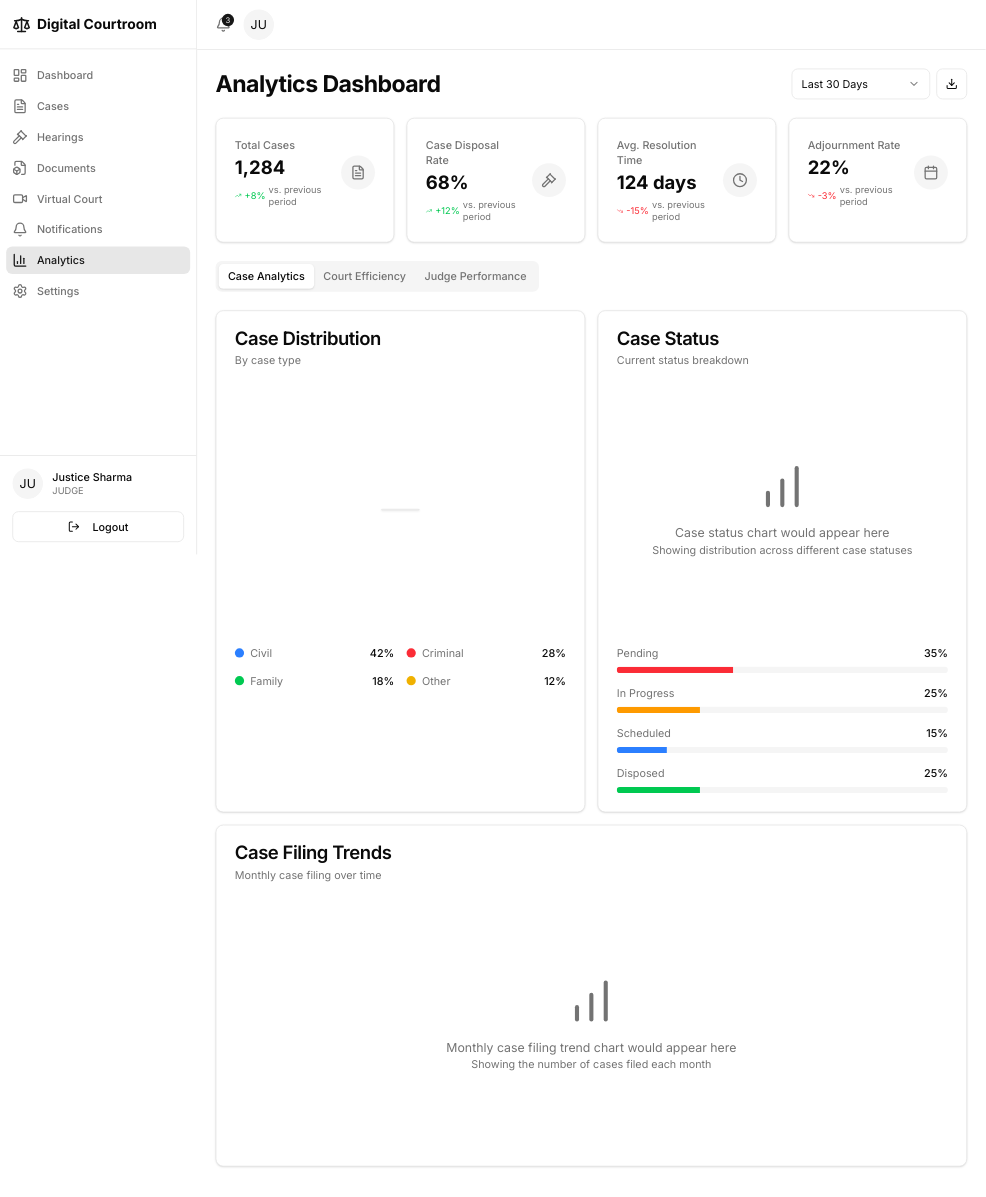
Repository: n0tank3sh/digicourt
Page: /analytics (app in frontend/)
An editor plug-in stored every save of this project. The page is shown before and after the next save, followed by the edit.
The browser window is 1280 px wide. The pictures show the whole page, at 77% of full size.
The project was rebuilt for these pictures with package versions that can differ from the ones it lists, and the page was loaded fresh each time. The framework's server and built-in components were replaced by stand-ins that run in the browser. Also part of the build but not shown: frontend/next.config.ts.

Above is the page before, as saved 2025-03-26 21:41:48.

After the next save:
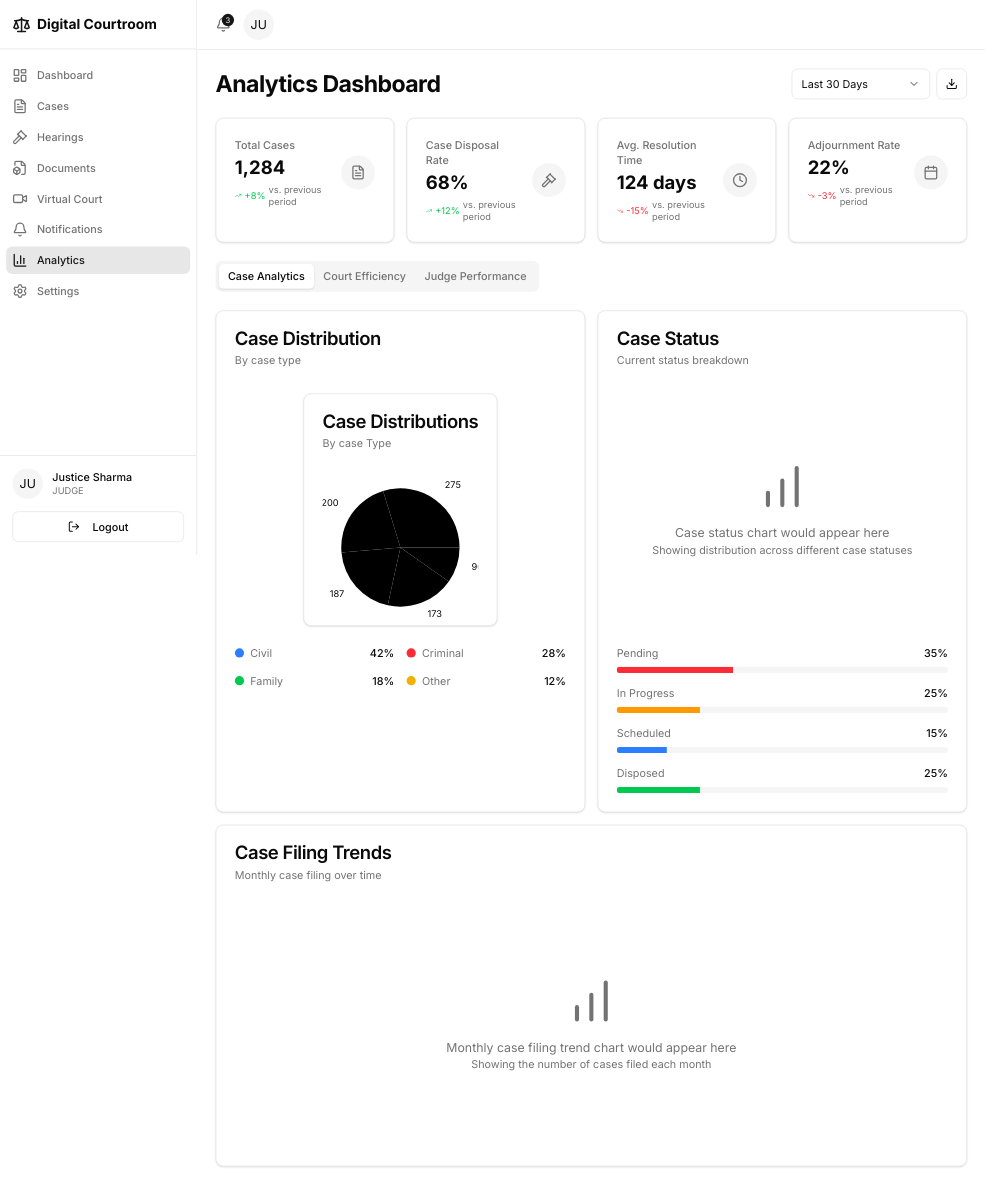
Saved 14 s later.
--- a/frontend/src/components/ui/piechart.tsx
+++ b/frontend/src/components/ui/piechart.tsx
@@ -4,7 +4,9 @@ import { Pie, PieChart } from "recharts"
 import {
     Card,
     CardContent,
-
+    CardDescription,
+    CardHeader,
+    CardTitle,
 
 } from "@/components/ui/card"
 import {
@@ -48,7 +50,10 @@ const chartConfig = {
 export function PieChartComponent() {
     return (
         <Card className="flex flex-col ">
-
+            <CardHeader>
+                <CardTitle>Case Distributions</CardTitle>
+                <CardDescription>By case Type</CardDescription>
+            </CardHeader>
             <CardContent className="flex-1 pb-0">
                 <ChartContainer
                     config={chartConfig}
